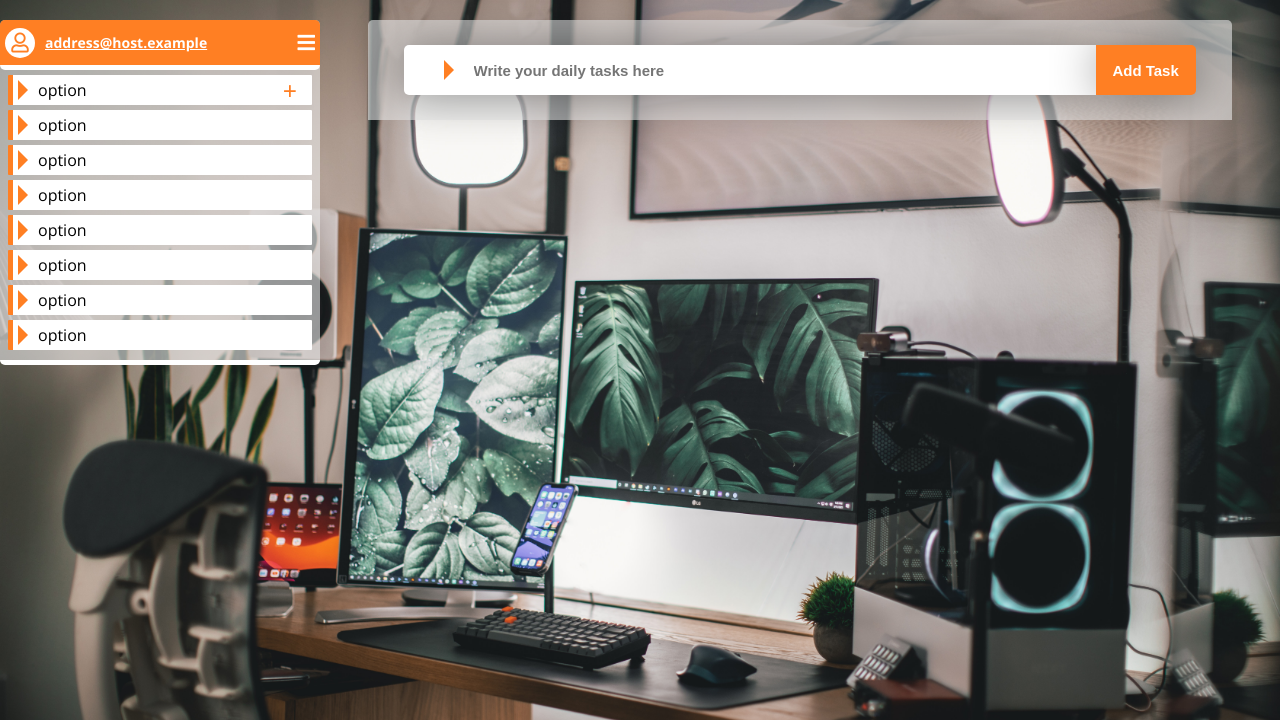
Repository: OmarEssameldinMousa/To-do-list-level01
Page: index.html
These files come from the project's save history. The page is drawn as it stood at one moment and after the next save; the edit follows.
The browser window is 1280 px wide. The pictures show the whole page.

Above is the page before, as saved 2023-08-10 00:30:56.

After the next save:
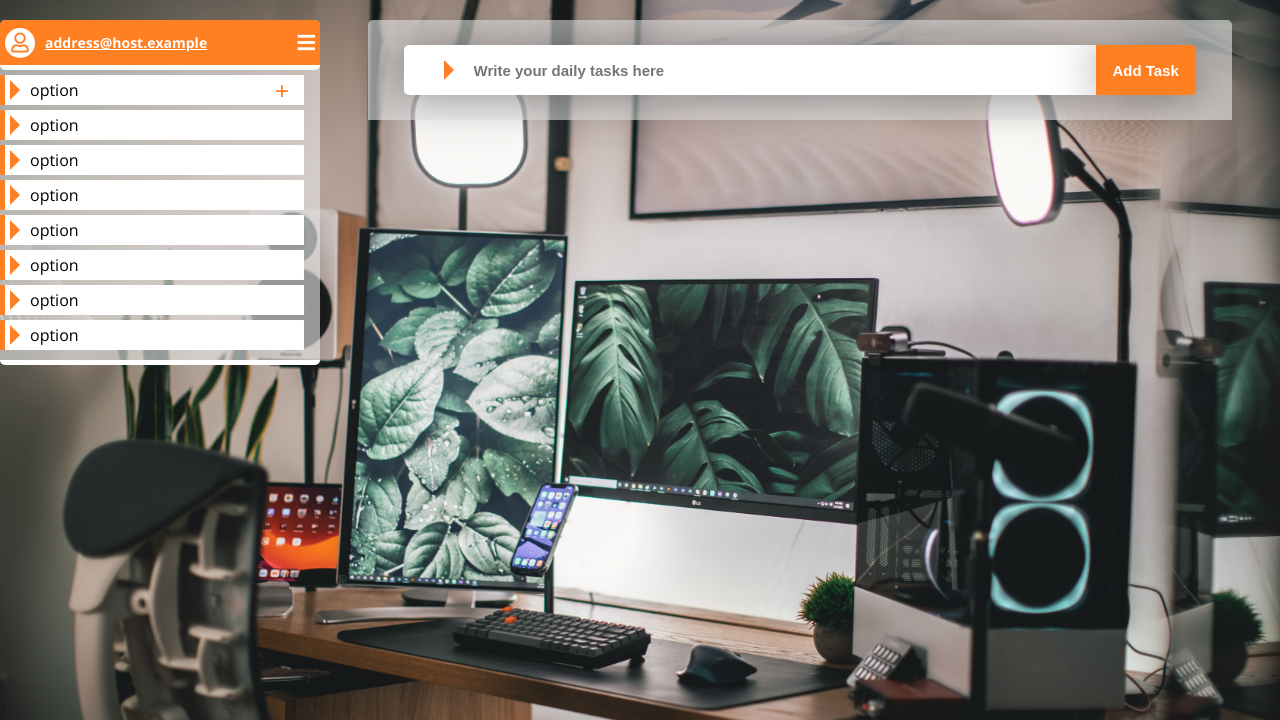
Saved 49 s later.
--- a/main.css
+++ b/main.css
@@ -85,7 +85,7 @@
 
 .nav .navigation ul {
     width: 95%;
-    margin: auto;
+    /* margin: auto; */
     margin-top: 5px;
     padding-bottom: 5px;
     position: relative;

After the save that followed:
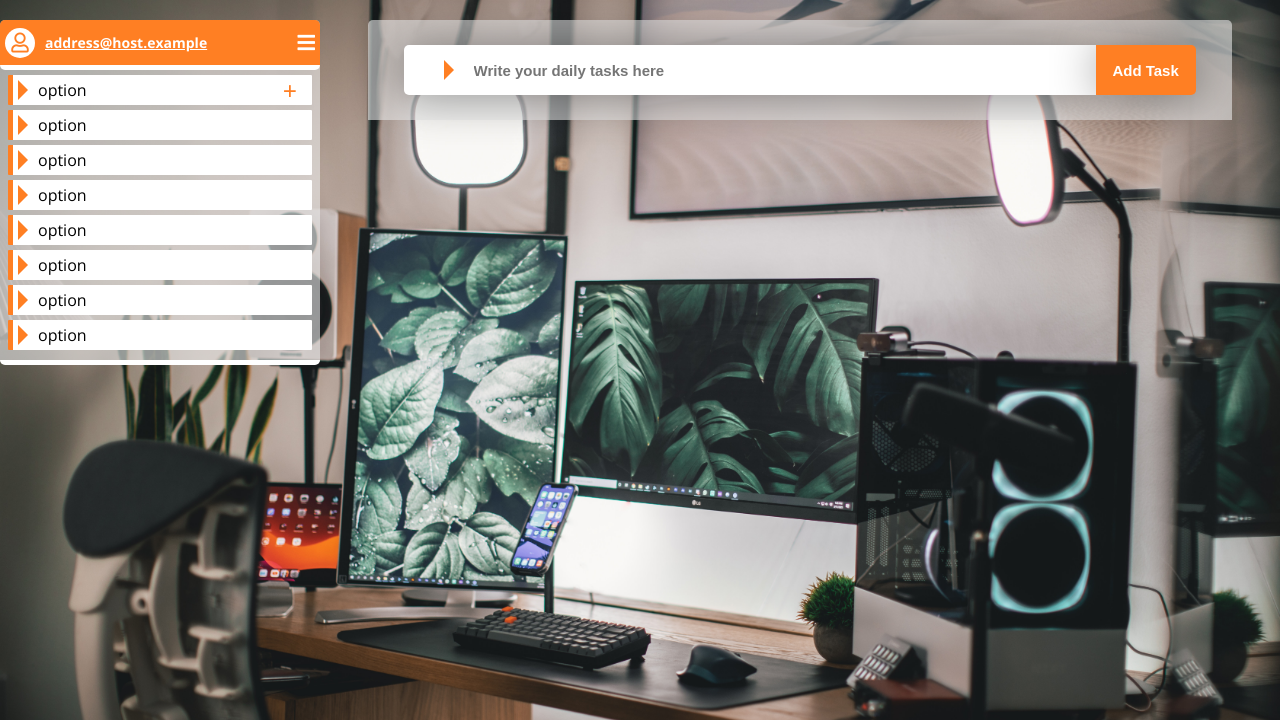
Saved 9 s later.
--- a/main.css
+++ b/main.css
@@ -85,7 +85,7 @@
 
 .nav .navigation ul {
     width: 95%;
-    /* margin: auto; */
+    margin: auto;
     margin-top: 5px;
     padding-bottom: 5px;
     position: relative;
